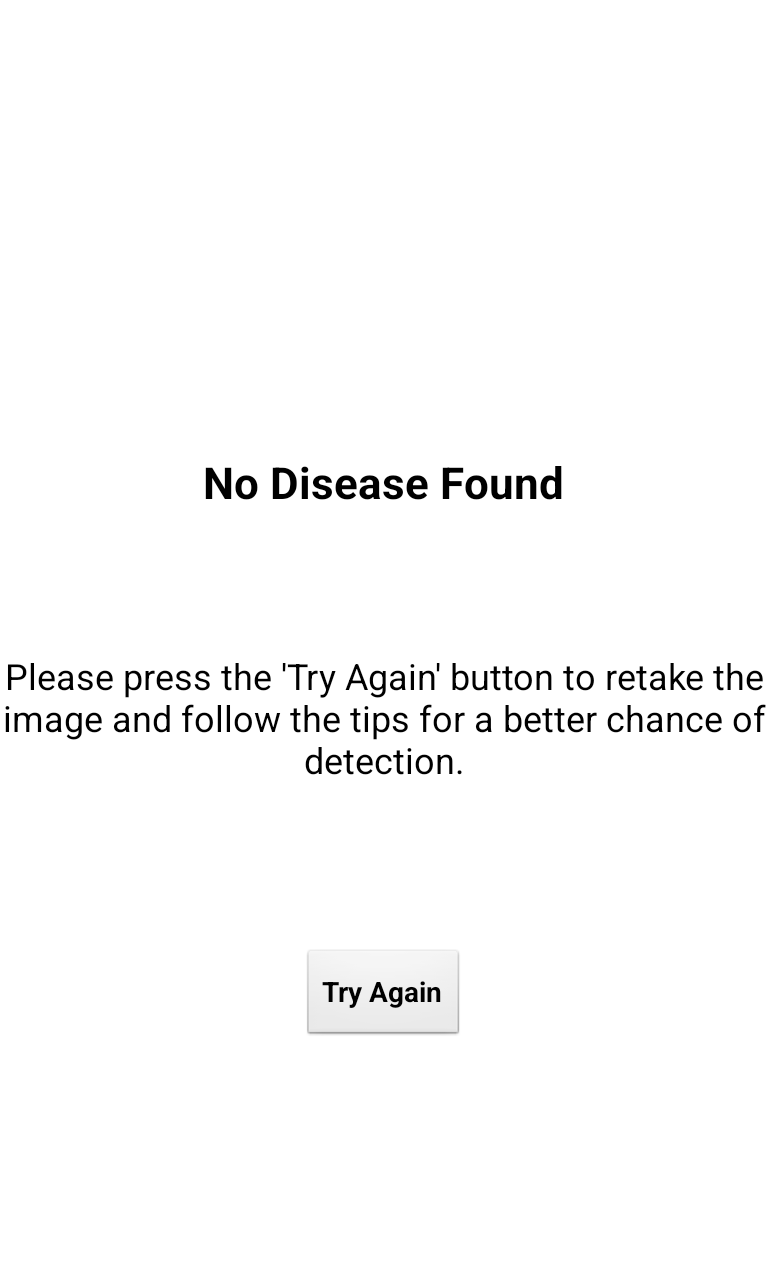
Repository: cephas-digital/phytosenseit
Layout: Eclipse Project /phyto_sense_it/res/layout/noresults.xml
These files come from the project's save history. The layout is drawn as it stood at one moment and after the next save; the edit follows.
It is drawn on a 768 x 1280 px phone screen (xhdpi) without system bars, with theme android:Theme.NoTitleBar.Fullscreen; the app's code is not run.

Above is the layout before, as saved 2015-07-27 23:30:59.

### Eclipse Project /phyto_sense_it/res/layout/noresults.xml
<?xml version="1.0" encoding="utf-8"?>
<RelativeLayout xmlns:android="http://schemas.android.com/apk/res/android"
    android:layout_width="match_parent"
    android:layout_height="match_parent"
    android:orientation="vertical"
    android:background="#FFFFFF"
    android:layout_weight="1" >

    <TextView
        android:id="@+id/body"
        android:layout_width="wrap_content"
        android:layout_height="wrap_content"
        android:layout_above="@+id/button"
        android:layout_alignParentLeft="true"
        android:layout_marginBottom="82dp"
        android:gravity="center"
        android:textColor="#000000"
        android:text="Please press the &apos;Try Again&apos; button to retake the image and follow the tips for a better chance of detection."
        android:textAppearance="?android:attr/textAppearanceMedium" />

    <Button
        android:id="@+id/button"
        android:layout_width="wrap_content"
        android:layout_height="wrap_content"
        android:layout_alignParentBottom="true"
        android:layout_centerHorizontal="true"
        android:layout_marginBottom="118dp"
        android:text="Try Again"
        android:textStyle="bold" />

    <TextView
        android:id="@+id/header"
        android:layout_width="wrap_content"
        android:layout_height="wrap_content"
        android:layout_above="@+id/body"
        android:layout_centerHorizontal="true"
        android:layout_marginBottom="70dp"
        android:text="No Disease Found"
        android:textAppearance="?android:attr/textAppearanceLarge"
        android:textColor="#000000"
        android:textStyle="bold" />

</RelativeLayout>

After the next save:
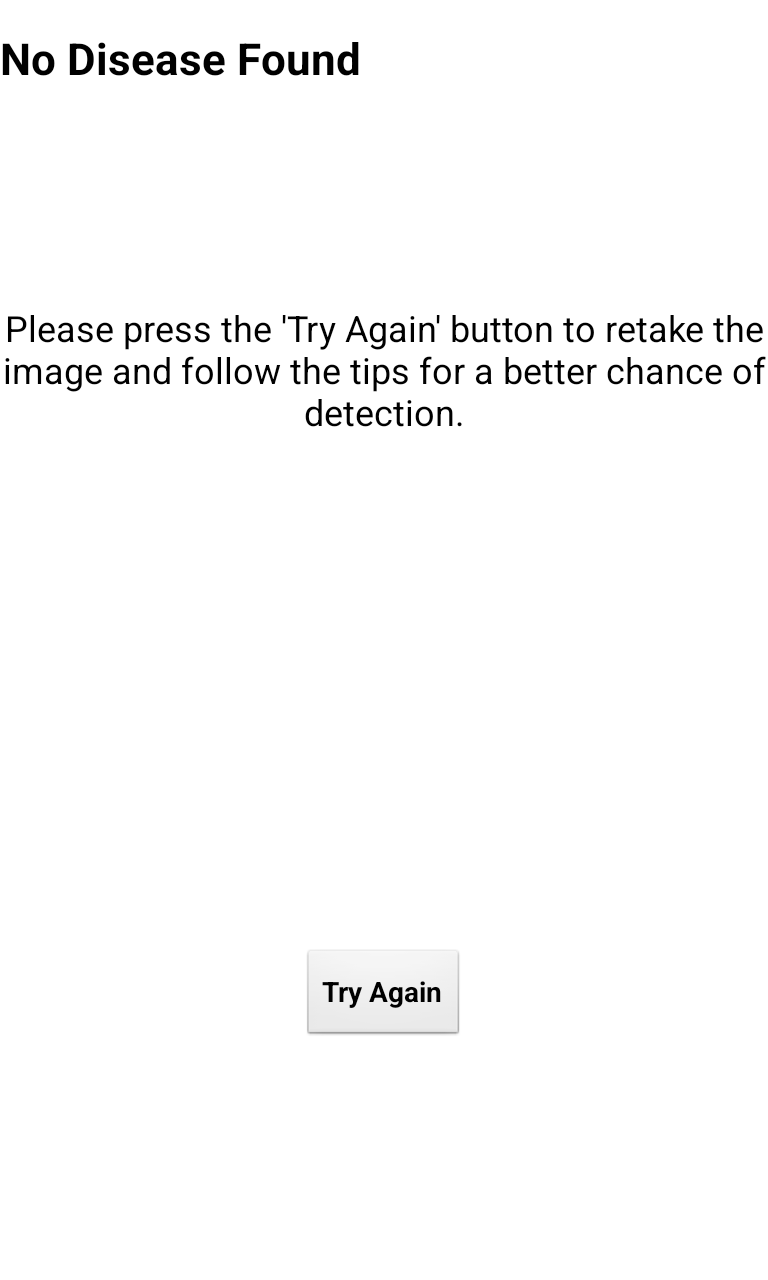
Saved 43 s later.
--- a/Eclipse Project /phyto_sense_it/res/layout/noresults.xml
+++ b/Eclipse Project /phyto_sense_it/res/layout/noresults.xml
@@ -5,18 +5,6 @@
     android:orientation="vertical"
     android:background="#FFFFFF"
     android:layout_weight="1" >
-
-    <TextView
-        android:id="@+id/body"
-        android:layout_width="wrap_content"
-        android:layout_height="wrap_content"
-        android:layout_above="@+id/button"
-        android:layout_alignParentLeft="true"
-        android:layout_marginBottom="82dp"
-        android:gravity="center"
-        android:textColor="#000000"
-        android:text="Please press the &apos;Try Again&apos; button to retake the image and follow the tips for a better chance of detection."
-        android:textAppearance="?android:attr/textAppearanceMedium" />
 
     <Button
         android:id="@+id/button"
@@ -32,12 +20,24 @@
         android:id="@+id/header"
         android:layout_width="wrap_content"
         android:layout_height="wrap_content"
-        android:layout_above="@+id/body"
-        android:layout_centerHorizontal="true"
-        android:layout_marginBottom="70dp"
+        android:layout_alignParentLeft="true"
+        android:layout_alignParentTop="true"
+        android:layout_marginTop="14dp"
         android:text="No Disease Found"
         android:textAppearance="?android:attr/textAppearanceLarge"
         android:textColor="#000000"
         android:textStyle="bold" />
 
+    <TextView
+        android:id="@+id/body"
+        android:layout_width="wrap_content"
+        android:layout_height="wrap_content"
+        android:layout_alignParentLeft="true"
+        android:layout_below="@+id/header"
+        android:layout_marginTop="108dp"
+        android:gravity="center"
+        android:text="Please press the &apos;Try Again&apos; button to retake the image and follow the tips for a better chance of detection."
+        android:textAppearance="?android:attr/textAppearanceMedium"
+        android:textColor="#000000" />
+
 </RelativeLayout>
